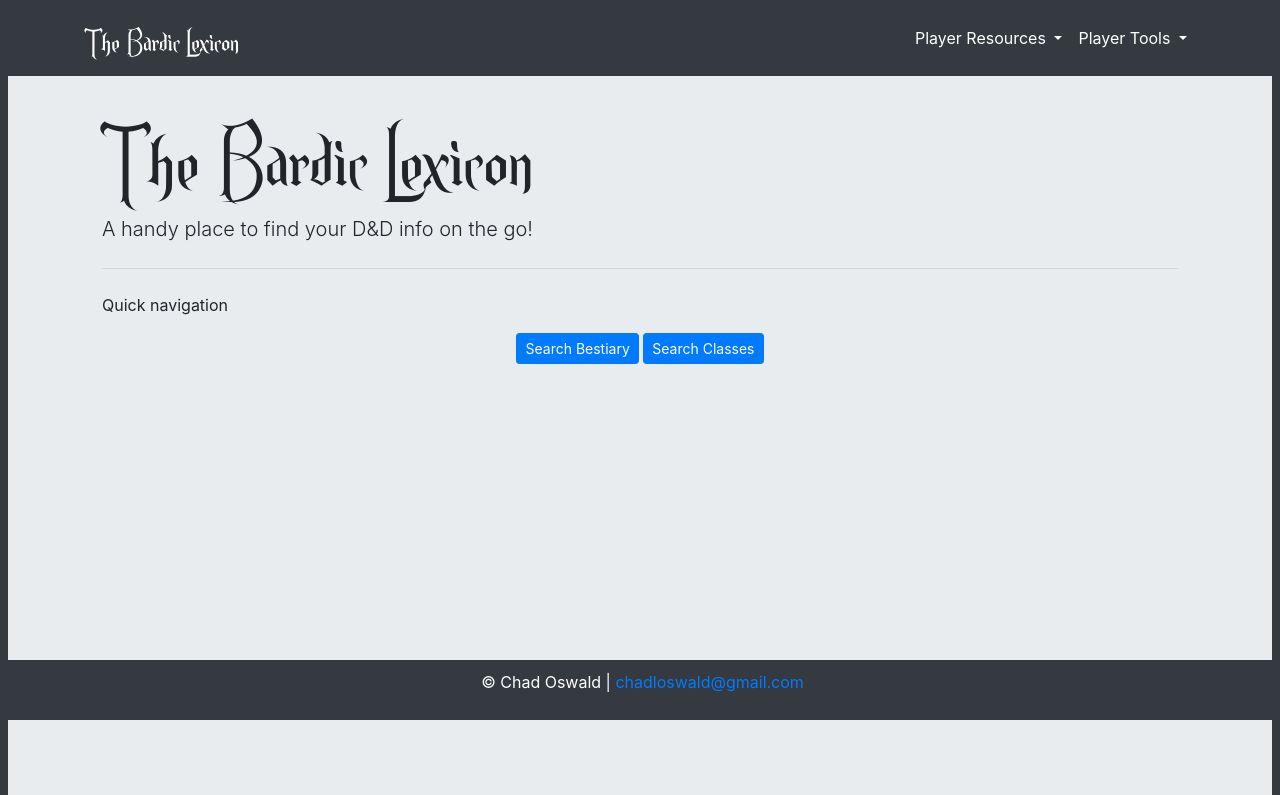
Repository: ChaidGPT/TheBardicLexicon
Page: index.html
An editor plug-in stored every save of this project. The page is shown before and after the next save, followed by the edit.
The browser window is 1280 px wide. The pictures show the whole page.

Above is the page before, as saved 2023-09-12 10:28:48.

After the next save:
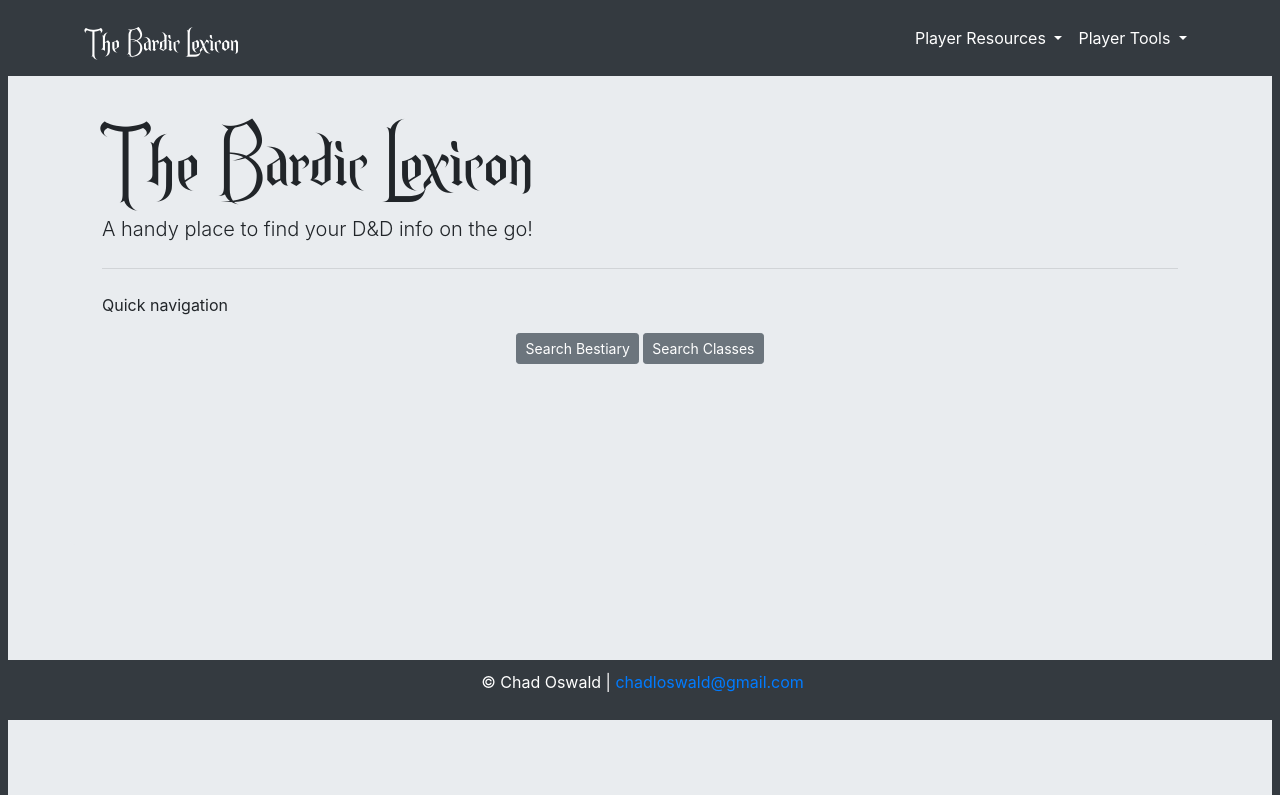
Saved 14 s later.
--- a/index.html
+++ b/index.html
@@ -61,8 +61,8 @@
       <hr class="my-4">
       <p>Quick navigation</p>
 
-      <a class="btn btn-primary btn-sm" href="playerResources/bestiary.html" role="button">Search Bestiary</a>
-      <a class="btn btn-primary btn-sm" href="playerResources/classes.html" role="button">Search Classes</a>
+      <a class="btn btn-secondary btn-sm" href="playerResources/bestiary.html" role="button">Search Bestiary</a>
+      <a class="btn btn-secondary btn-sm" href="playerResources/classes.html" role="button">Search Classes</a>
     </div>
 
     <footer class="page-footer font-small blue fixed-bottom">
